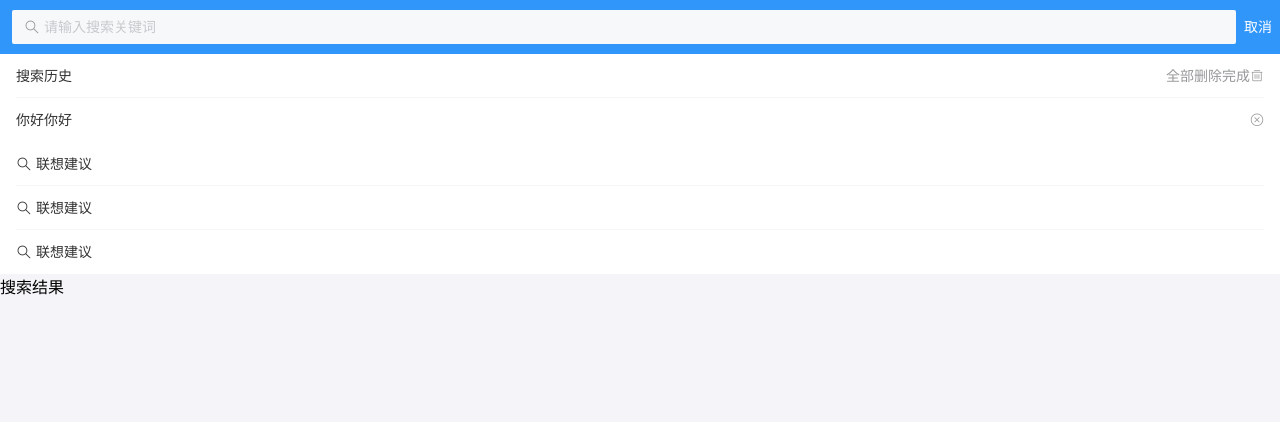
Repository: xn-lb/toutiao-mb
Page: /#/search
An editor plug-in stored every save of this project. The page is shown before and after the next save, followed by the edit.
The browser window is 1280 px wide. The pictures show the whole page.
The project was rebuilt for these pictures with package versions that can differ from the ones it lists, and the page was loaded fresh each time. Also part of the build but not shown: vue.config.js.

Above is the page before, as saved 2023-04-17 22:33:34.

After the next save:
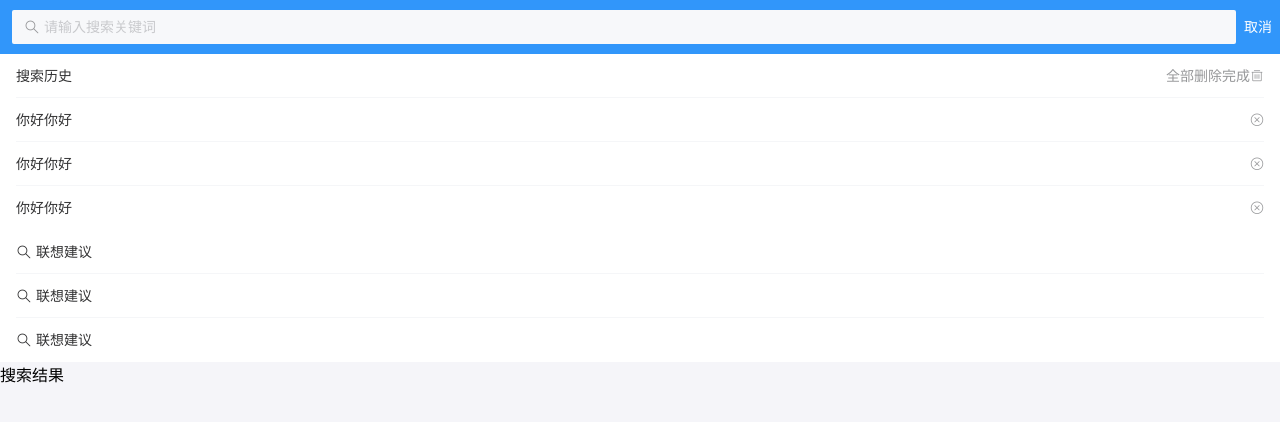
Saved 11 s later.
--- a/src/views/search/components/search-history.vue
+++ b/src/views/search/components/search-history.vue
@@ -4,6 +4,12 @@
       <span>全部删除</span>
       <span>完成</span>
       <van-icon name="delete-o" />
+    </van-cell>
+    <van-cell title="你好你好">
+      <van-icon name="close"></van-icon>
+    </van-cell>
+    <van-cell title="你好你好">
+      <van-icon name="close"></van-icon>
     </van-cell>
     <van-cell title="你好你好">
       <van-icon name="close"></van-icon>
